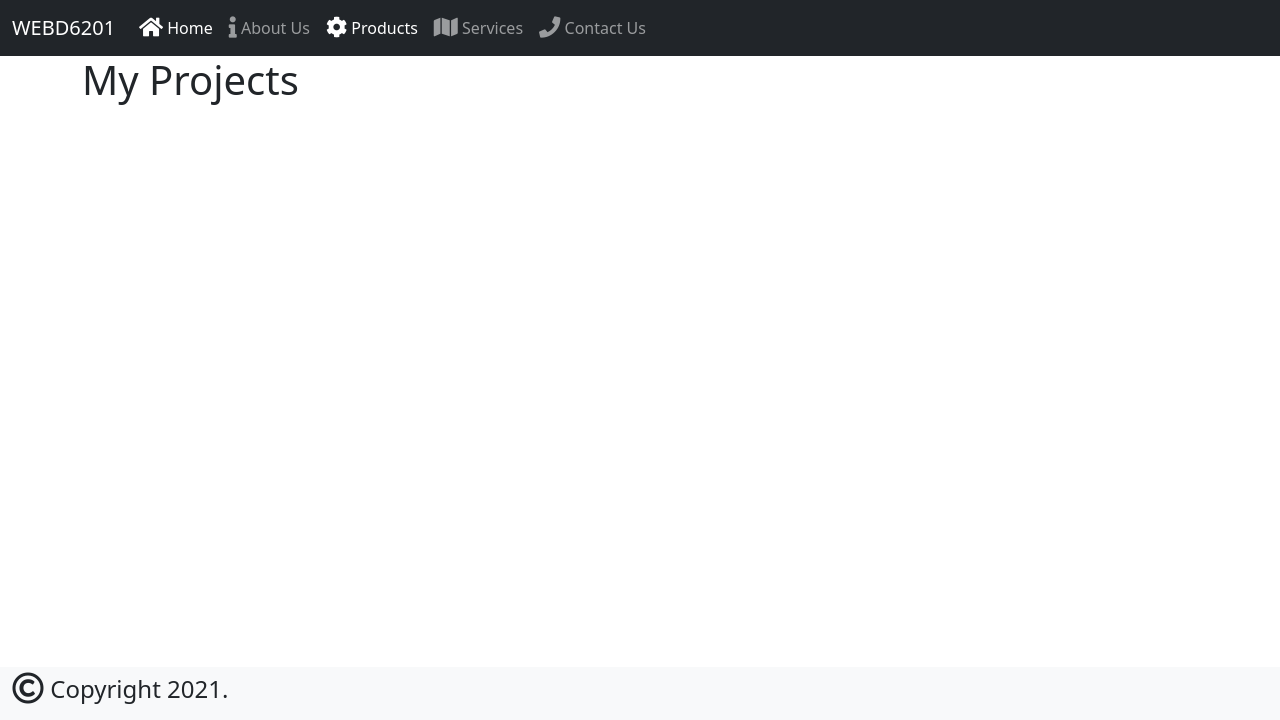
Repository: YiuWingLau/WEBD6201-W2021-Lab1
Page: projects.html
An editor plug-in stored every save of this project. The page is shown before and after the next save, followed by the edit.
The browser window is 1280 px wide. The pictures show the whole page.

Above is the page before, as saved 2021-02-03 21:04:40.
Console error: TypeError: Cannot set properties of null (setting 'href')

### projects.html
<!DOCTYPE html>
<html lang="en">
<head>
    <meta charset="UTF-8">
    <meta name="viewport" content="width=device-width, initial-scale=1.0">
    <title>Projects</title>

    <!--CSS Section -->
    <link rel="stylesheet" href="./node_modules/bootstrap/dist/css/bootstrap.min.css">
    <link rel="stylesheet" href="./node_modules/@fortawesome//fontawesome-free/css/all.min.css">
    <link rel="stylesheet" href="./Content/app.css">
</head>
<body>
    <!-- Main Header-->
    <header>
      <!-- Main Navigation-->
      <nav class="navbar navbar-expand-lg navbar-dark bg-dark">
          <div class="container-fluid">
            <a class="navbar-brand" href="index.html">WEBD6201</a>
            <button class="navbar-toggler" type="button" data-bs-toggle="collapse" data-bs-target="#navbarSupportedContent" aria-controls="navbarSupportedContent" aria-expanded="false" aria-label="Toggle navigation">
              <span class="navbar-toggler-icon"></span>
            </button>
            <div class="collapse navbar-collapse" id="navbarSupportedContent">
              <ul class="navbar-nav me-auto mb-2 mb-lg-0">

                  <li class="nav-item">
                    <a class="nav-link active" aria-current="page" href="index.html"><i class="fas fa-home fa-lg"></i> Home</a>
                  </li>

                  <li class="nav-item">
                    <a class="nav-link" aria-current="page" href="about.html"><i class="fas fa-info fa-lg"></i> About Us</a>
                  </li>
                  <li class="nav-item">
                    <a class="nav-link active" aria-current="page" href="products.html"><i class="fas fa-cog fa-lg"></i> Products</a>
                  </li>
                  <li class="nav-item">
                    <a class="nav-link" aria-current="page" href="services.html"><i class="fas fa-map fa-lg"></i> Services</a>
                  </li>
                  <li class="nav-item">
                    <a class="nav-link" aria-current="page" href="contact.html"><i class="fas fa-phone fa-lg"></i> Contact Us</a>
                  </li>
              </ul>
            </div>
          </div>
      </nav>
    </header>
    <!-- Main Content -->
    <main class="container">
        <h1>My Projects</h1>
    </main>

    <!-- Main Footer -->
    <footer>
        <nav class="navbar fixed-bottom navbar-light bg-light">
            <div class="container-fluid">
              <h4><i class="far fa-copyright fa-lg"></i> Copyright 2021.</a></h4>
            </div>
        </nav>
    </footer>
    <!-- JavaScript Section -->
    <script src="./node_modules/jquery/dist/jquery.min.js"></script>
    <script src="./node_modules/bootstrap/dist/js/bootstrap.bundle.min.js"></script>
    <script src="./Scripts/app.js"></script>
</body>
</html>

### Scripts/app.js
/* custom JavaScript goes here */

//IIFE - Immediately Invoked Function Expression
//AKA - Anonymous Self-Executing Function
//Closure - limits scope leak

"use strict";

(function()
{
    function displayHome()
    {
        let paragraphOneText =
          "This is a simple site to demonstrate DOM Manipulation for ICE 1";

        let paragraphOneElement = document.getElementById("paragraphOne");

        paragraphOneElement.textContent = paragraphOneText;
        paragraphOneElement.className = "fs-5";

        // Step 1. document.createElement
        let newParagraph = document.createElement("p");
        // Step 2. configure the element
        newParagraph.setAttribute("id", "paragraphTwo");
        newParagraph.textContent = "...And this is paragraph two";
        // Step 3. select the parent element
        let mainContent = document.getElementsByTagName("main")[0];
        // Step 4. Add / Insert the element
        mainContent.appendChild(newParagraph);
        newParagraph.className = "fs-6";

        // another way of injecting content
        let paragraphDiv = document.createElement("div");
        let paragraphThree = `<p id="paragraphThree" class="fs-7 fw-bold">And this is the Third Paragraph</p>`;
        paragraphDiv.innerHTML = paragraphThree;

        // insertions

        // example of inserting before a node
        //newParagraph.before(paragraphDiv);

        // example of inserting after a node
        newParagraph.after(paragraphDiv);

        // deletions

        // example of removing a single element
        //paragraphOneElement.remove();

        // example of removeChild
        mainContent.removeChild(paragraphOneElement);
        // update / modification
        //mainContent.firstElementChild.textContent = "Welcome Home!";

        mainContent.innerHTML = `<h1 id="firstHeading">Welcome to Nelson's web page</h1>
         <p id="paragraphOne" class="fs-3 fw-bold">This is my home page, I'm welcome everyone to visit my site.</p>
        `;

    }

    function displayAbout()
    {
        let AboutparagraphOneText =
          "This is a simple site to demonstrate DOM Manipulation for ICE 1";

        let AboutparagraphOneElement = document.getElementById("AboutparagraphOne");

        AboutparagraphOneElement.textContent = AboutparagraphOneText;
        AboutparagraphOneElement.className = "fs-5";

         // Step 1. document.createElement
         let AboutnewParagraph = document.createElement("p");
         // Step 2. configure the element
         AboutnewParagraph.setAttribute("id", "AboutparagraphTwo");
         AboutnewParagraph.textContent = "...And this is paragraph two";
         // Step 3. select the parent element
         let mAboutainContent = document.getElementsByTagName("main")[1];
         // Step 4. Add / Insert the element
         AboutmainContent.appendChild(AboutnewParagraph);
         AboutnewParagraph.className = "fs-6";

         // another way of injecting content
        let AboutparagraphDiv = document.createElement("div");
        let AboutparagraphThree = `<p id="AboutparagraphThree" class="fs-7 fw-bold">And this is the Third Paragraph</p>`;
        AboutparagraphDiv.innerHTML = AboutparagraphThree;

        // insertions

        // example of inserting before a node
        //newParagraph.before(paragraphDiv);

        // example of inserting after a node
        AboutnewParagraph.after(paragraphDiv);

        // deletions

        // example of removing a single element
        //paragraphOneElement.remove();

        // example of removeChild
        AboutmainContent.removeChild(AboutparagraphOneElement);
        // update / modification
        //mainContent.firstElementChild.textContent = "Welcome Home!";

        AboutmainContent.innerHTML = `<h1 id="firstHeading">About Nelson</h1>
         <p id="AboutparagraphOne" class="fs-3 fw-bold">Nelson is a computer programmer student, studied at Durham College</p>
        `;
    }

    function displayProjects()
    {

    }

    function displayServices()
    {

    }

    function displayContact()
    {
        let messageArea = document.getElementById("messageArea");
        messageArea.hidden = true;

        // form validation
        let fullName = document.getElementById("fullName");
        fullName.addEventListener("blur", function() {
            if(fullName.value.length < 2)
            {
                fullName.focus();
                fullName.select();
                messageArea.hidden = false;
                messageArea.className = "alert alert-danger";
                messageArea.textContent = "Please enter an appropriate Name";
            }
            else
            {
                messageArea.removeAttribute("class");
                messageArea.hidden = true;
            }
        });

        let sendButton = document.getElementById("sendButton");
        sendButton.addEventListener("click", function(event){
            //event.preventDefault();

            let contact = new Contact(fullName.value, contactNumber.value, emailAddress.value);

            if(contact.serialize())
            {
              localStorage.setItem((localStorage.length + 1).toString(), contact.serialize());
            }

        });
    }

    function displayContactList()
    {
      if (localStorage.length > 0)
      {
        let contactList = document.getElementById("contactList");

        let data = "";

        for (let index = 0; index < localStorage.length; index++)
        {
          let contactData = localStorage.getItem((index + 1).toString());

          let contact = new Contact();
          contact.deserialize(contactData);

          data += `<tr>
          <th scope="row">${index + 1}</th>
          <td>${contact.FullName}</td>
          <td>${contact.ContactNumber}</td>
          <td>${contact.EmailAddress}</td>
        </tr>`;
        }

        contactList.innerHTML = data;
      }
    }



    function Start()
    {
        console.log("App Started...");

        //document.open("text/html","replace");
        //document.write("<a class='nav-link' aria-current='page' href='products.html'><i class="fas fa-cog fa-lg"></i> Products</a>");

        //<a id="navbarSupportedContent">Projects</a>
        //let navBarElement = getElementById("navbarSupportedContent");

        document.getElementById("navBarProjects").href = "projects.html";
        document.getElementById("navBarProjects").text = " Projects";

        switch (document.title)
        {
          case "Home":
              displayHome();
            break;
          case "About":
              displayAbout();
            break;
          case "Projects":
              displayProjects();
            break;
          case "Services":
              displayServices();
            break;
          case "Contact":
              displayContact();
            break;
          case "Contact-List":
            displayContactList();
          break;
        }

    }

    window.addEventListener("load", Start);

})();

Loaded but not shown: node_modules/bootstrap/dist/css/bootstrap.min.css (library); node_modules/@fortawesome/fontawesome-free/css/all.min.css (library); node_modules/jquery/dist/jquery.min.js (library); node_modules/bootstrap/dist/js/bootstrap.bundle.min.js (library); Content/app.css (no stored copy; drawn as an empty file)

After the next save:
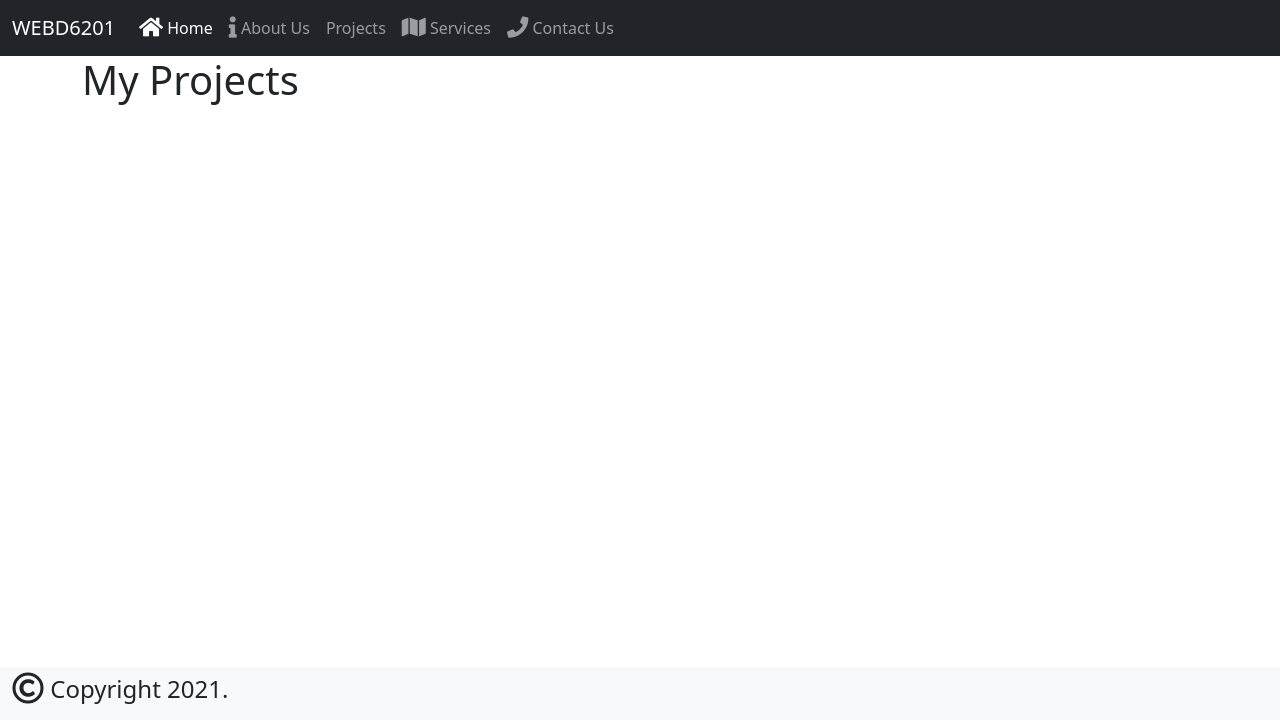
The error is gone.
Saved 3 min 45 s later.
--- a/projects.html
+++ b/projects.html
@@ -31,7 +31,7 @@
                     <a class="nav-link" aria-current="page" href="about.html"><i class="fas fa-info fa-lg"></i> About Us</a>
                   </li>
                   <li class="nav-item">
-                    <a class="nav-link active" aria-current="page" href="products.html"><i class="fas fa-cog fa-lg"></i> Products</a>
+                    <a id="navBarProjects" class="nav-link" aria-current="page" href="products.html"><i class="fas fa-cog fa-lg"></i> Products</a>
                   </li>
                   <li class="nav-item">
                     <a class="nav-link" aria-current="page" href="services.html"><i class="fas fa-map fa-lg"></i> Services</a>
